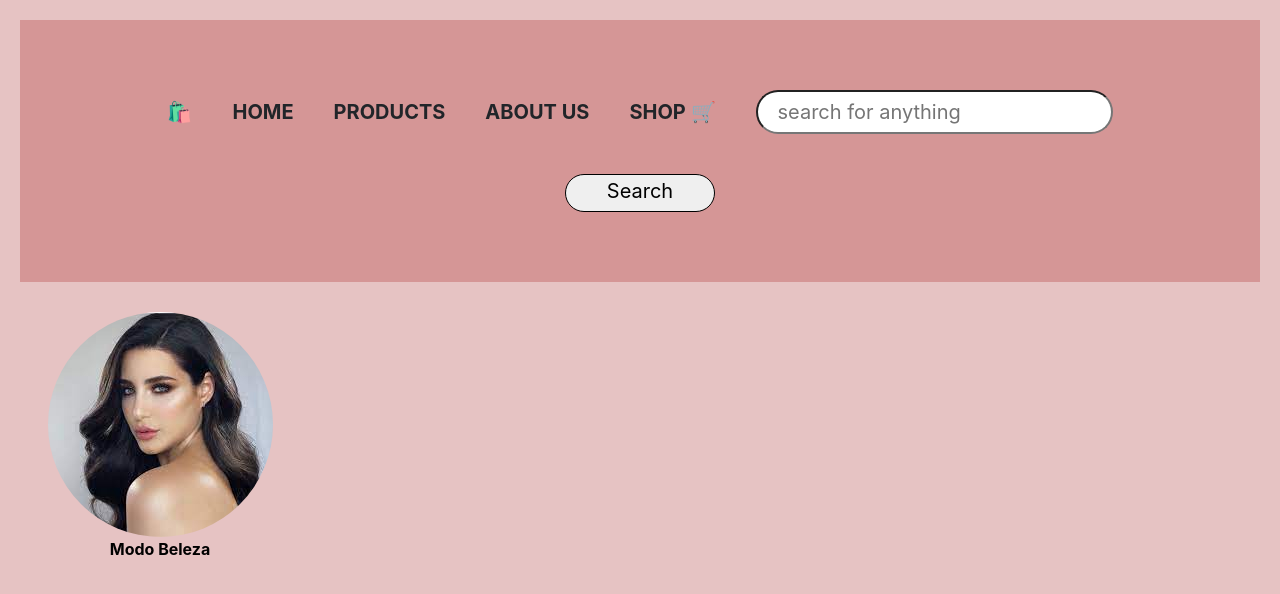
Repository: thf4/Project-Shop
Page: /
The author's editor kept a copy of each file at every save. The page is drawn from the files as they stood at one save, then again after the next save.
The browser window is 1280 px wide. The pictures show the whole page.
The project was rebuilt for these pictures with package versions that can differ from the ones it lists, and the page was loaded fresh each time.

Above is the page before, as saved 2021-04-22 13:07:49.

After the next save:
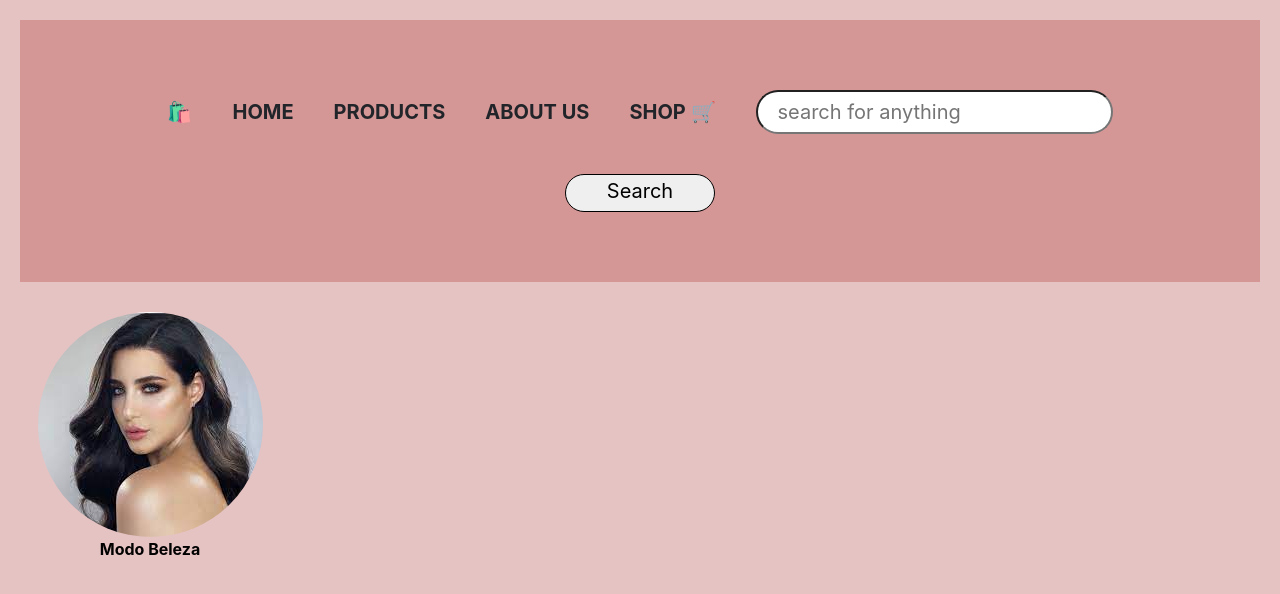
Saved 14 s later.
--- a/src/Exemplo.css
+++ b/src/Exemplo.css
@@ -1,5 +1,5 @@
 .foto-banner{
-width: 320px;
+width: 300px;
 padding: 10px;
 border: 5px;
 margin: 0;

After the save that followed:
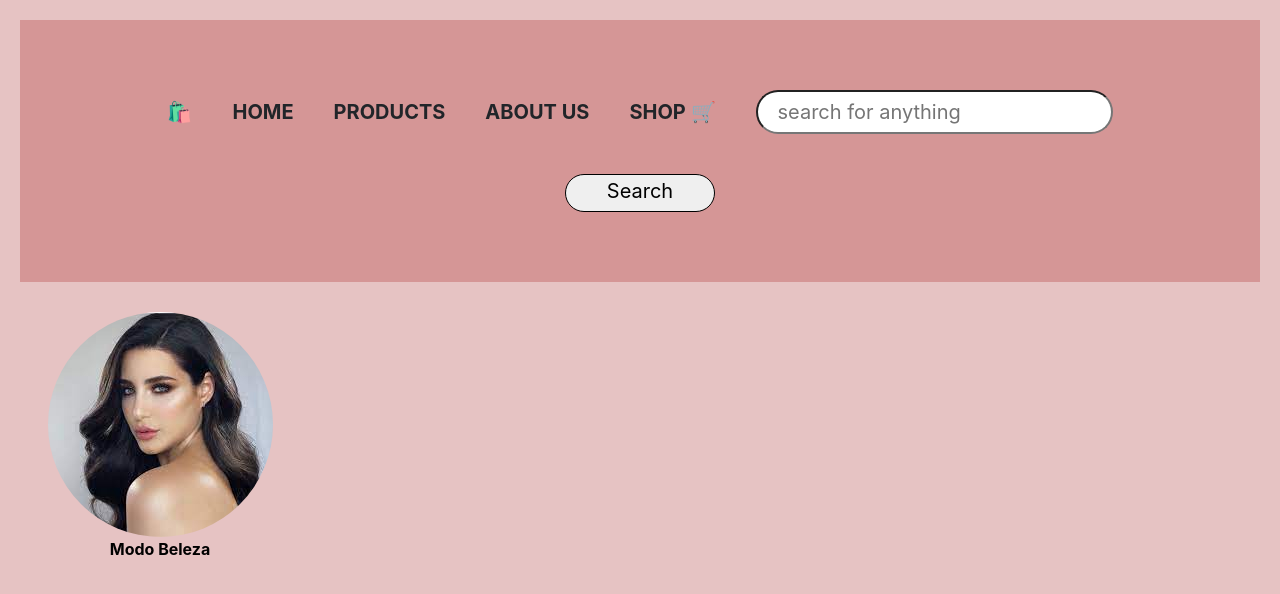
Saved 11 s later.
--- a/src/Exemplo.css
+++ b/src/Exemplo.css
@@ -1,5 +1,5 @@
 .foto-banner{
-width: 300px;
+width: 320px;
 padding: 10px;
 border: 5px;
 margin: 0;
